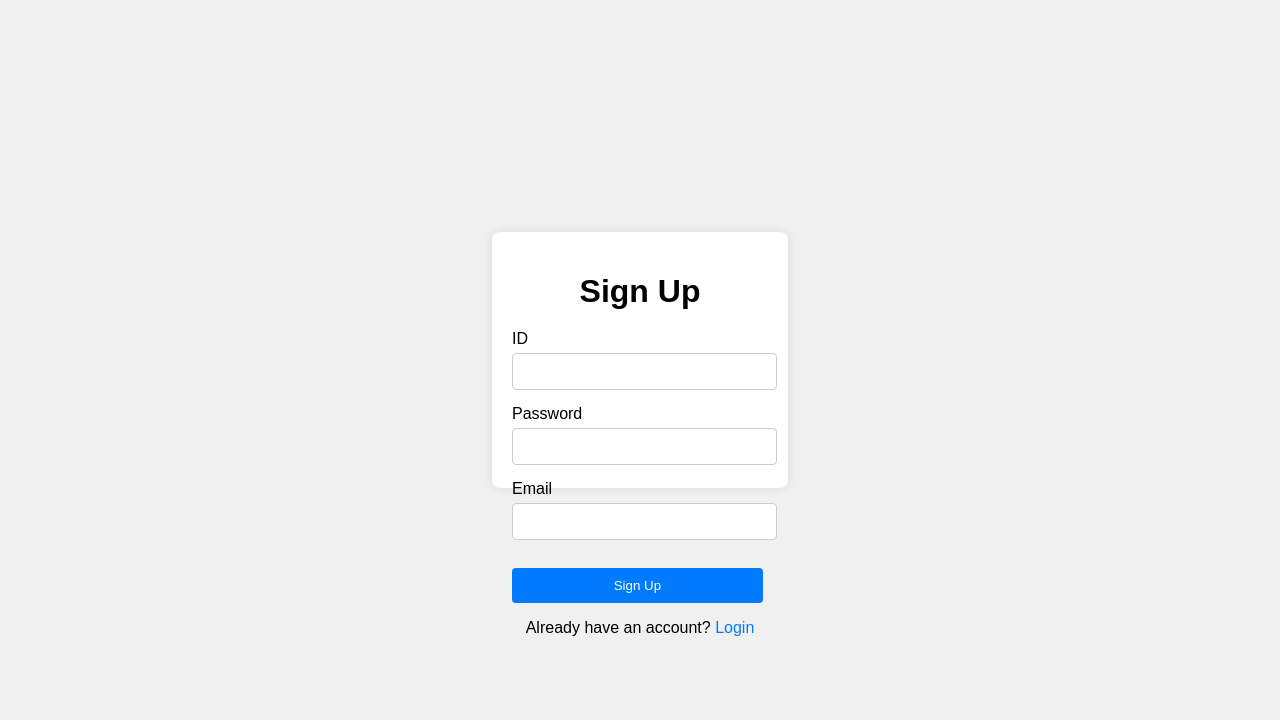
Repository: LifeIsRightward/WebServer
Page: http://localhost/JSPBook/Project/signup.jsp
These files come from the project's save history. The page is drawn as it stood at one moment and after the next save; the edit follows.
The browser window is 1280 px wide. The pictures show the whole page.
The page is served by Tomcat 9. Other server files are loaded and not shown.

Above is the page before, as saved 2024-06-05 17:27:41.

### JSPBook/src/main/webapp/Project/signup.jsp
<%@ page language="java" contentType="text/html; charset=EUC-KR"
    pageEncoding="EUC-KR"%>
<!DOCTYPE html>
<html>
<head>
    <meta charset="UTF-8">
    <title>Sign Up Page</title>
    <link rel="stylesheet" href="css/signup.css" type="text/css">
</head>
<body>
    <div class="signup-container">
        <h1>Sign Up</h1>
        <form method="post" action="signupprocess.jsp">
            <label for="username">ID</label>
            <input type="text" id="username" name="username" required>

            <label for="password">Password</label>
            <input type="password" id="password" name="password" required>

            <label for="email">Email</label>
            <input type="email" id="email" name="email" required>

            <button type="submit">Sign Up</button>
        </form>
        <div class="login-link">
            <p>Already have an account? <a href="login.jsp">Login</a></p>
        </div>
    </div>
</body>
</html>

### JSPBook/src/main/webapp/Project/css/signup.css
@charset "EUC-KR";

body {
	font-family: Arial, sans-serif;
    display: flex;
    justify-content: center;
    align-items: center;
    height: 100vh;
    margin: 0;
    background-color: #f0f0f0;
}

.signup-container {
	background-color: #fff;
    padding: 20px;
    box-shadow: 0 0 10px rgba(0, 0, 0, 0.1);
    border-radius: 8px;
    width: 20%;
    height: 30%;
}

.signup-container h1 {
	text-align: center;
	margin-bottom: 20px;
}

.signup-container label {
	display: block;
    margin-bottom: 5px;
}

.signup-container input[type="text"],
.signup-container input[type="password"],
.signup-container input[type="email"] {
	width: 95%;
	padding: 10px;
	margin-bottom: 15px;
	border: 1px solid #ccc;
	border-radius: 4px;
}

.signup-container button {
	width: 98%;
    padding: 10px;
    margin-top: 5%;
  	background-color: #007BFF;
	border: none;
	color: white;
	border-radius: 4px;
	cursor: pointer;
}

.signup-container button:hover {
	background-color: #0056b3;
}

#username {

}

#password {

}

#email {

}

.signup-container .login-link {
	display: block;
	text-align: center;
	margin-top: 3%;
}

.signup-container .login-link a {
	color: #007BFF;
	text-decoration: none;
}

.signup-container .login-link a:hover {
	text-decoration: underline;
}

.login-link {
	margin-top: 3%;
}

After the next save:
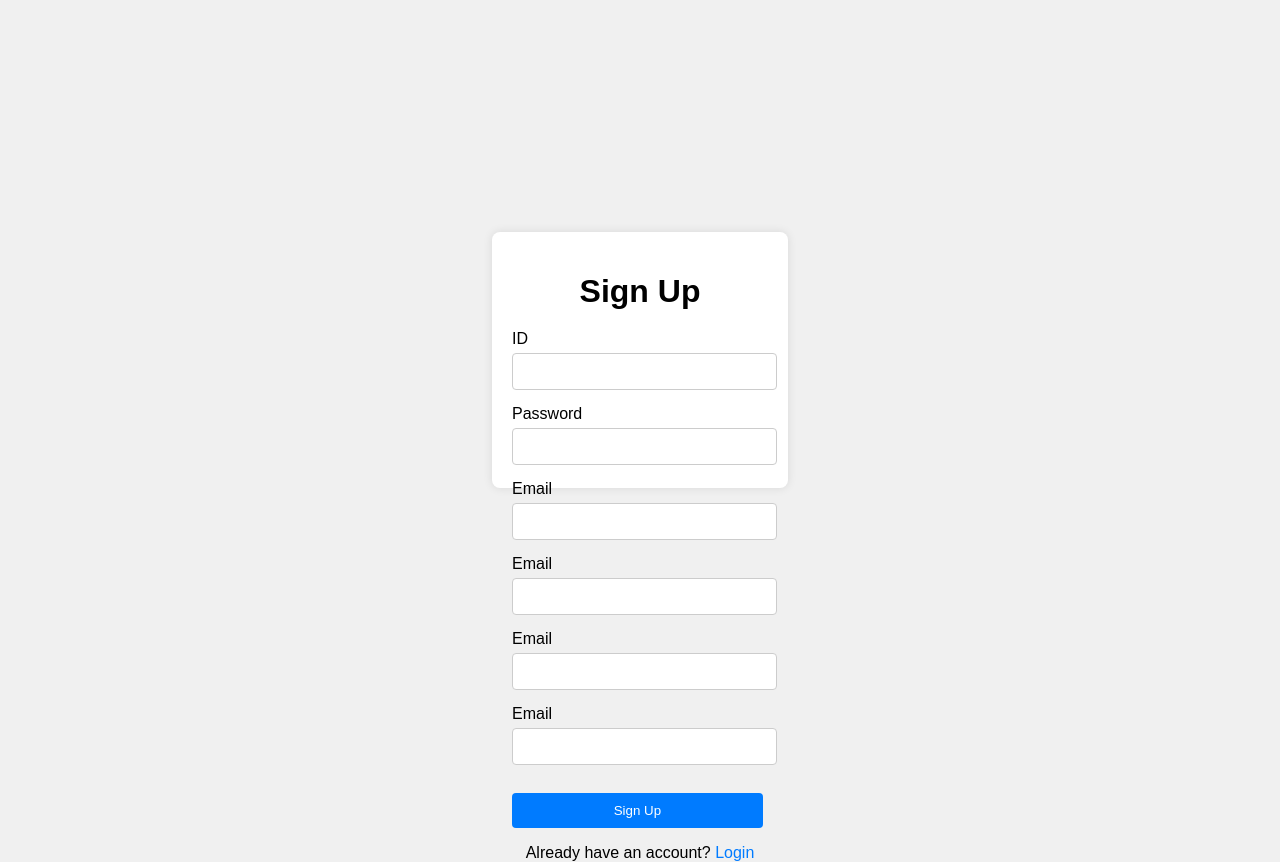
Saved 6 min 27 s later.
--- a/JSPBook/src/main/webapp/Project/signup.jsp
+++ b/JSPBook/src/main/webapp/Project/signup.jsp
@@ -20,6 +20,15 @@
             <label for="email">Email</label>
             <input type="email" id="email" name="email" required>
 
+            <label for="name">Email</label>
+            <input type="text" id="name" name="name" required>
+
+            <label for="age">Email</label>
+            <input type="text" id="age" name="age" required>
+
+            <label for="sex">Email</label>
+            <input type="text" id="sex" name="sex" required>
+
             <button type="submit">Sign Up</button>
         </form>
         <div class="login-link">
